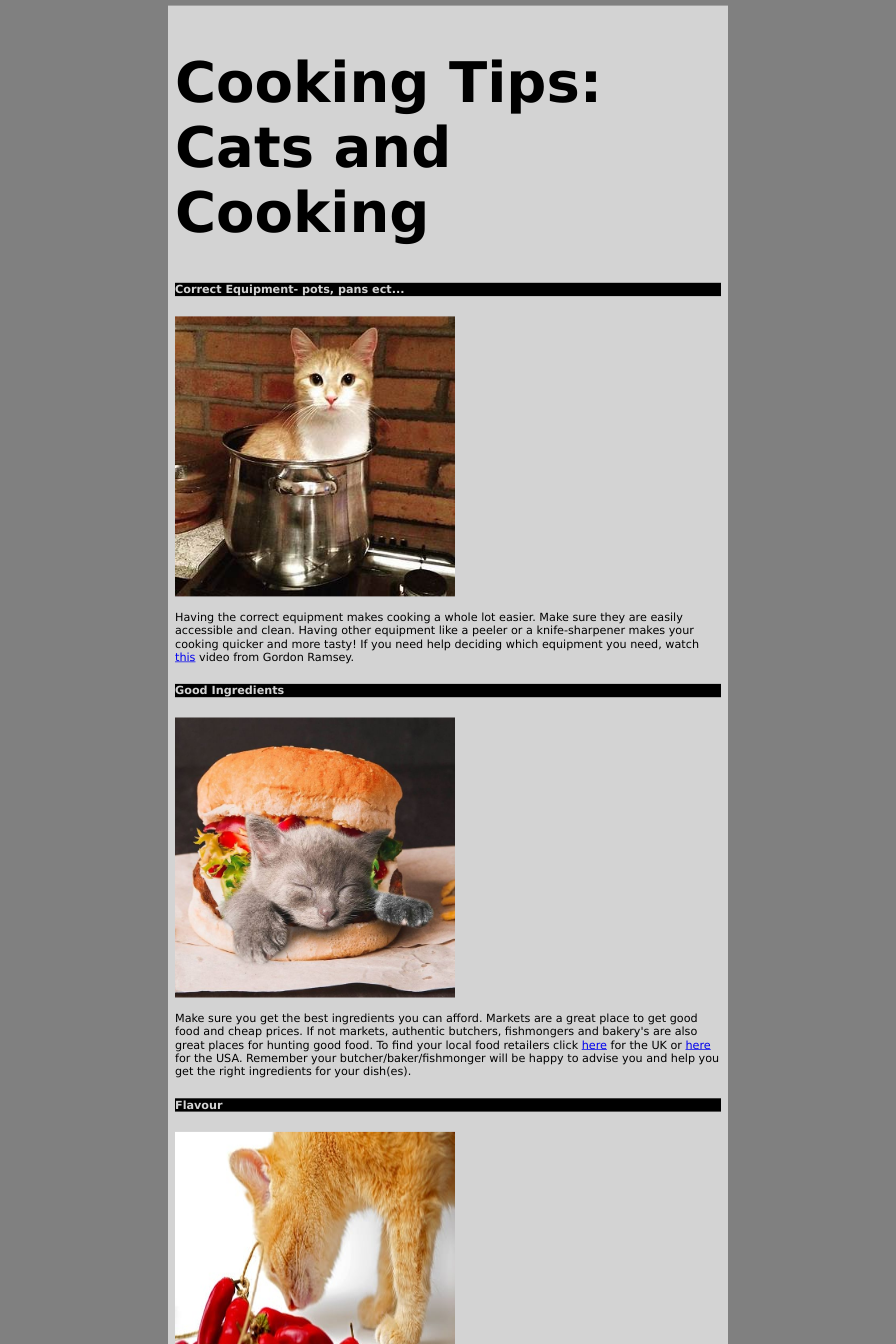
Repository: evamaltby/catsandcooking
Page: index.html
The author's editor kept a record of every edit. The page is drawn from the files as they stood at one moment, then again after the next edit.
The browser window is 1280 px wide. The pictures show the part of the page from y = 0 to 1920 px (the page is 2759 px tall before and 2780 px after), at 70% of full size.

Above is the page before.
Not found: css/normalize.css

### index.html
<!DOCTYPE html>
<html lang="en">
<head>
    <meta charset="utf-B">
    <meta name="keywords" content="cooking tips, begginers cooking, kitchen tips, cats and cooking, cooking tips and tricks, cats">
    <meta name="description" content="Cooking tips to become a better cook. Tips to make your life in the kitchen a whole lot easier">

    <title>Cooking Tips: Cats and Cooking</title>


    <link rel="stylesheet" href="css/normalize.css">
    <link rel="stylesheet" href="css/style.css">

            <!--style

            body {
            background:lightgray;
            color: black;
            }


        <#/style> -->
    </head>

    <body>

    <div style="width:800px; margin:0 auto;">
        <div id="container">






            <h1> Cooking Tips: Cats and Cooking </h1>
            <h2>        </h2>
            <h2><p style="font-family:verdana">Correct Equipment- pots, pans ect...</h2>
            <img src="Images/catpan.jpg" width="400" height="400" alt="A cat in a pan">
            <p><p style="font-family:verdana"> Having the correct equipment makes cooking a whole lot
            easier. Make sure they are easily accessible and clean.
            Having other equipment like a peeler or a knife-sharpener
            makes your cooking quicker and more tasty! If you need help deciding which
            equipment you need, watch <a href="https://www.youtube.com/watch?v=-av6cz9upO0" target="_blank">this</a> video from Gordon Ramsey.</p>

            <h2><p style="font-family:verdana">Good Ingredients</h2>
            <img src="Images/burgercat.jpg" width="400" height="400" alt="A cat with food">
            <p> <p style="font-family:verdana">Make sure you get the best ingredients you can afford.
            Markets are a great place to get good food and cheap prices.
            If not markets, authentic butchers, fishmongers and bakery's
            are also great places for hunting good food. To find your local food retailers click <a href="https://www.goodsixty.co.uk/" target="_blank">here</a> for the UK or <a href="https://www.eatwellguide.org/" target="_blank">here</a> for the USA. Remember your


            butcher/baker/fishmonger will be happy to advise you and help
            you get the right ingredients for your dish(es). </p>

            <h2><p style="font-family:verdana">Flavour</h2>
            <img src="Images/spicycat.jpg" width="400" height="400" alt="A cat sniffing chilli">
            <p><p style="font-family:verdana"> No matter what you are cooking you always
            want it to taste good. Seasining with a bit of salt
            and pepper is a great way to add in a bit of flavour.
            Chilli, flakes or paste, is also a good way to pack a
            punch in your dish just make sure that the chilli
            flavour goes witht the rest of the ingredients.
            If in doubt dont be scared to check on the internet
            and raid the cupboards for spices and condiments that
            might just make your dish. </p>

            <h2><p style="font-family:verdana">Keep a Cool Head</h2>
            <img src="Images/relaxcat.jpg" width="400" height="400" alt="Cat feeling relaxed">
            <p><p style="font-family:verdana"> Although Gordon Ramsey
            </a> is one of the worlds greatest
            chef's, he doesn't always have the best attitude. Keep a cool
            head in the kitchen to prevent mistakes. But remember
            that things don't always go right but they normally aren't
            ruined either. You can search the internet (we recommend: <a href="http://www.foodnetwork.co.uk/?utm_source=foodnetwork.com&utm_medium=domestic" target="_blank">Food Network</a>, <a href="https://www.bbcgoodfood.com/recipes" target="_blank">BBC GoodFood</a> and <a href="https://www.delish.com/" target="_blank">Delish</a>), call a friend or
            use your instinct to fix your dish.</p>

            </div>

        </body>
</html>

### css/style.css
body {
    background-position: center;
    background-attachment: fixed;
    -webkit-background-size:cover;
    -moz-background-size: cover;
    -o-background-size:cover;
    background-size:cover;
    background: grey;
}

#container {
    background: lightgrey;
    padding:10px;
}

    h1 {
        font-size:80px;
        font-family:verdana;

    }

    h2 {
        font-size:35px;
        color: lightgrey;
        font-family:verdana;
        background: black;
    }

    p {
        font-size:16px;
        font-family:verdana;
    }

After the next edit:
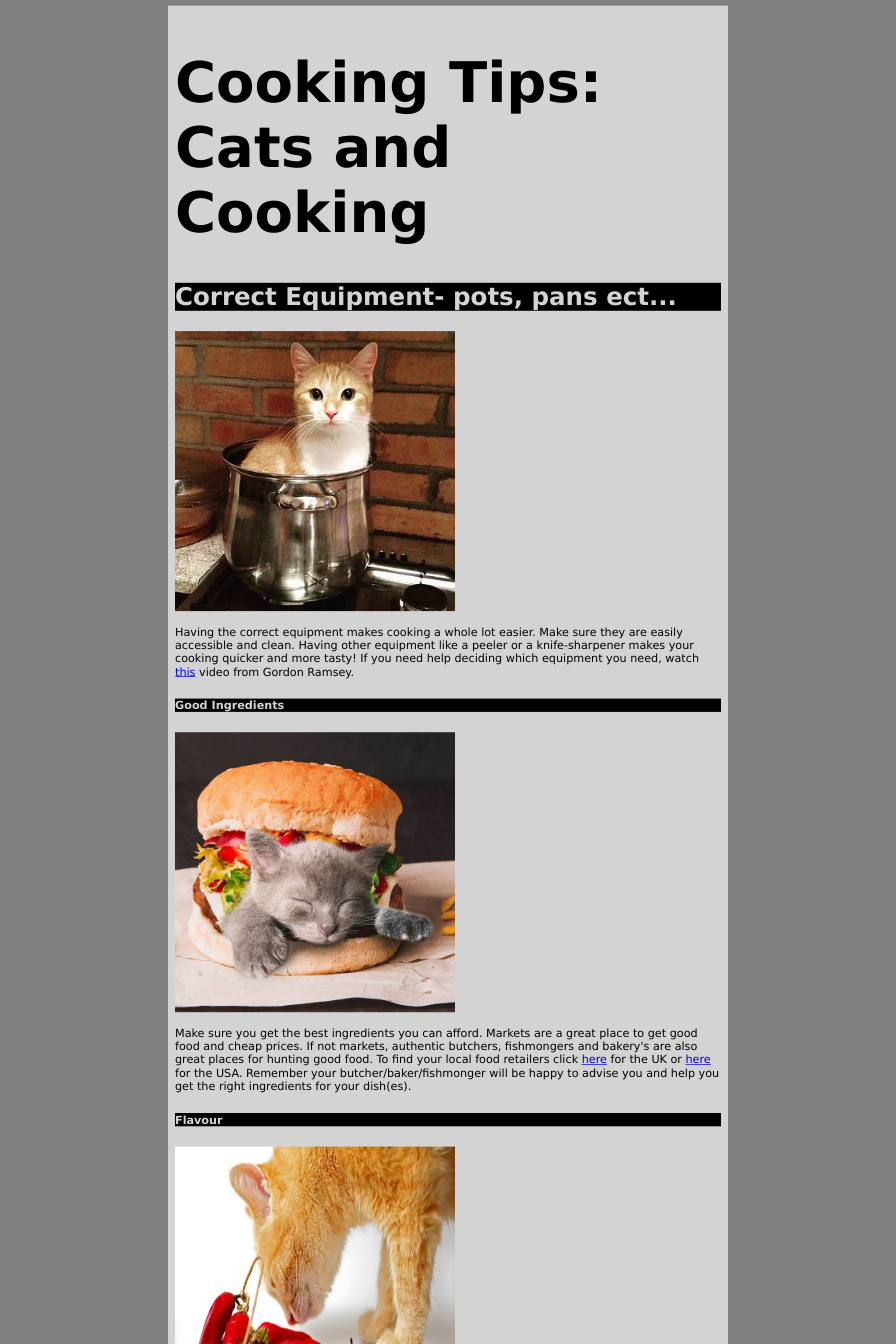
The edit:
--- a/index.html
+++ b/index.html
@@ -34,7 +34,7 @@
 
             <h1> Cooking Tips: Cats and Cooking </h1>
             <h2>        </h2>
-            <h2><p style="font-family:verdana">Correct Equipment- pots, pans ect...</h2>
+            <h2>Correct Equipment- pots, pans ect...</h2>
             <img src="Images/catpan.jpg" width="400" height="400" alt="A cat in a pan">
             <p><p style="font-family:verdana"> Having the correct equipment makes cooking a whole lot
             easier. Make sure they are easily accessible and clean.
